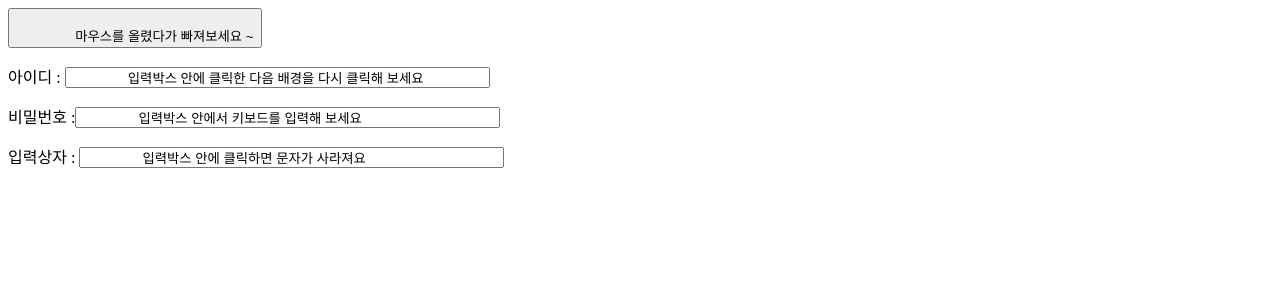
Repository: gyungmean/2020_2_webProgramming
Page: week3/week3/WebContent/PracticeA-01/PracticeA-01.html
The author's editor kept a copy of each file at every save. The page is drawn from the files as they stood at one save, then again after the next save.
The browser window is 1280 px wide. The pictures show the whole page.

Above is the page before, as saved 2020-09-21 07:45:31.
Console error: SyntaxError: Unexpected identifier '열면'

### week3/week3/WebContent/PracticeA-01/PracticeA-01.html
<html>
	<head>
		<title>이벤트 핸들러 모두 알아보기 </title>
	</head>
	<body onLoad =" 문서를 열면 onload !')"
	onUnload =" 문서를 닫으면 onunload !')">
		<form
		onSubmit =" 폼을 제출합니다 .')"
		onReset =" 입력양식을 초기화합니다
		<input type="button" value="마우스를 올려보세요 "
		onMouseover =" 마우스를 올리면 onmouseover ')">
		<input type="button" value="
		마우스를 올렸다가 빠져보세요 ~" onMouseout =" 마우스가 빠
		져나가면 onmouseout ')"><p>
		아이디
		: <input type="text" size=50
		value="
		입력박스 안에 클릭한 다음 배경을 다시 클릭해 보세요 "
		onFocus =" 입력박스에 클릭하면 onfocus ')“><
		이름
		: <input type="text" size=50
		value="
		입력박스 안에 클릭한 다음 배경을 다시 클릭해 보세요 "
		onBlur =" 입력박스에서 포커스가 떠나면 onblur ')"><p>
		비밀번호
		:<input type="text" size=50
		value="
		입력박스 안에서 키보드를 입력해 보세요 "
		onKeydown =" 키를 누르면 onkeydown ')" ><p>
		입력상자
		: <input type=text size=50
		value="
		입력박스 안에 클릭하면 문자가 사라져요 "
		onFocus this.value ='' "
		onBlur this.value 입력박스 밖을 클릭하면 다시 문자가 나타나요 '"><p>
		<input type="button" value="
		확인 "
		onClick =" 버튼을 클릭하면 click 이벤트 발생
		<input type="submit" value="
		보내기
		<input type="reset" value="
		다시쓰기
		</form>
	</body>
</html>

After the next save:
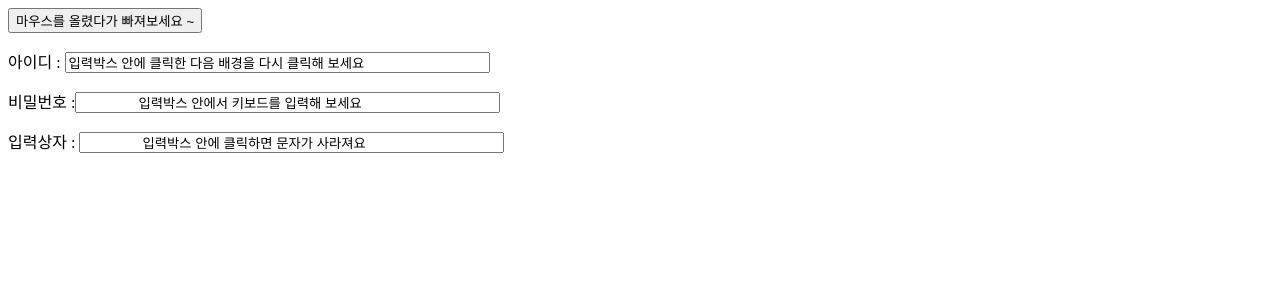
Saved 13 min 33 s later.
--- a/week3/week3/WebContent/PracticeA-01/PracticeA-01.html
+++ b/week3/week3/WebContent/PracticeA-01/PracticeA-01.html
@@ -3,25 +3,22 @@
 		<title>이벤트 핸들러 모두 알아보기 </title>
 	</head>
 	<body onLoad =" 문서를 열면 onload !')"
-	onUnload =" 문서를 닫으면 onunload !')">
-		<form
-		onSubmit =" 폼을 제출합니다 .')"
-		onReset =" 입력양식을 초기화합니다
+		onUnload =" 문서를 닫으면 onunload !')">
+
+		<form onSubmit =" 폼을 제출합니다 .')"
+			onReset =" 입력양식을 초기화합니다>
+
 		<input type="button" value="마우스를 올려보세요 "
-		onMouseover =" 마우스를 올리면 onmouseover ')">
-		<input type="button" value="
-		마우스를 올렸다가 빠져보세요 ~" onMouseout =" 마우스가 빠
-		져나가면 onmouseout ')"><p>
-		아이디
-		: <input type="text" size=50
-		value="
-		입력박스 안에 클릭한 다음 배경을 다시 클릭해 보세요 "
-		onFocus =" 입력박스에 클릭하면 onfocus ')“><
-		이름
-		: <input type="text" size=50
-		value="
-		입력박스 안에 클릭한 다음 배경을 다시 클릭해 보세요 "
-		onBlur =" 입력박스에서 포커스가 떠나면 onblur ')"><p>
+			onMouseover ="alert('마우스를 올리면 onmouseover ')">
+
+		<input type="button" value="마우스를 올렸다가 빠져보세요 ~"
+			onMouseout =" 마우스가 빠져나가면 onmouseout ')"><p>
+
+		아이디 : <input type="text" size=50 value="입력박스 안에 클릭한 다음 배경을 다시 클릭해 보세요 "
+		onFocus ="alert(입력박스에 클릭하면 onfocus )“><p>
+
+		이름 : <input type="text" size=50 value="입력박스 안에 클릭한 다음 배경을 다시 클릭해 보세요 "
+		onBlur ="alert(입력박스에서 포커스가 떠나면 onblur ')"><p>
 		비밀번호
 		:<input type="text" size=50
 		value="
